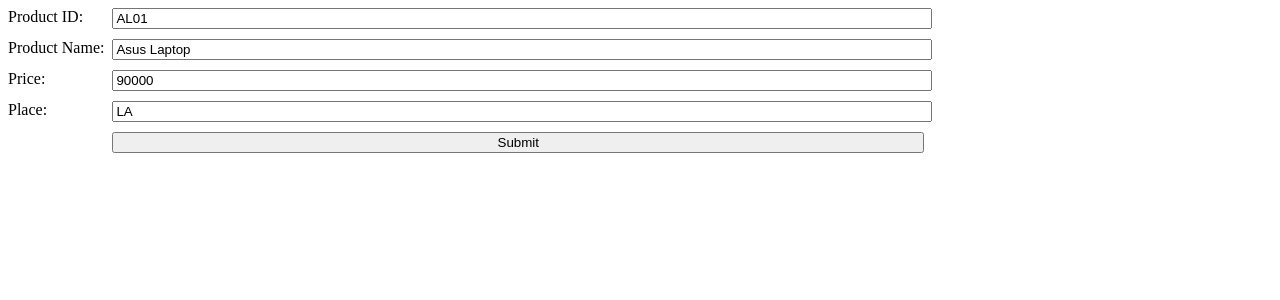
Repository: chofong1999/workspace202607
Page: mvweb0716/src/main/webapp/product.html
The author's editor kept a copy of each file at every save. The page is drawn from the files as they stood at one save, then again after the next save.
The browser window is 1280 px wide. The pictures show the whole page.

Above is the page before, as saved 2026-07-16 03:39:54.

After the next save:
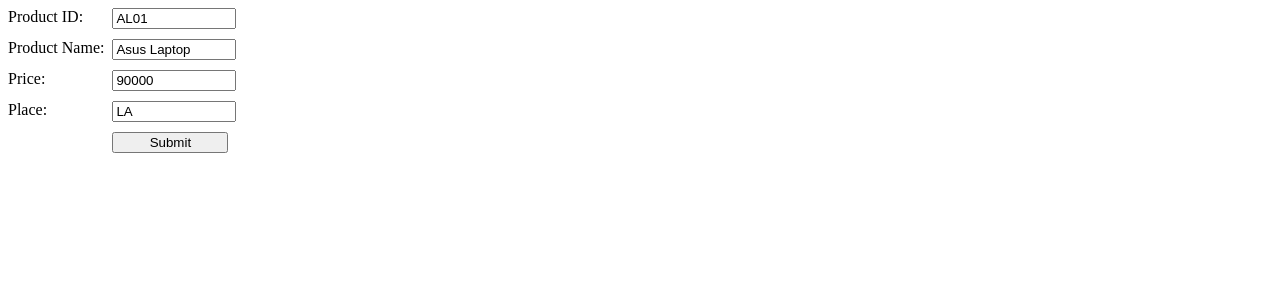
Saved 11 s later.
--- a/mvweb0716/src/main/webapp/product.html
+++ b/mvweb0716/src/main/webapp/product.html
@@ -11,7 +11,7 @@
     gap: 10px 8px;
 }
 .product-form input {
-	width:70%;
+	width:10%;
     grid-column: 2;
     justify-self: start;
 }
